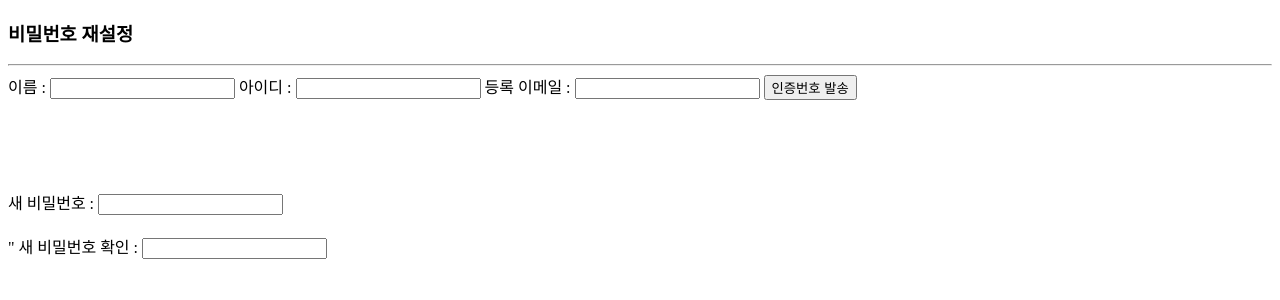
Repository: ssookkii/BusyBee
Page: http://localhost/BusyBee/WEB-INF/views/noTiles/newPassword.jsp
The author's editor kept a copy of each file at every save. The page is drawn from the files as they stood at one save, then again after the next save.
The browser window is 1280 px wide. The pictures show the whole page.
The page is served by Tomcat 9. Nobody is signed in. Other server files are loaded and not shown. The template is opened directly, without the code that normally fills it, so the values that code supplies are empty.

Above is the page before, as saved 2023-03-18 07:41:46.

### BusyBee/src/main/webapp/WEB-INF/views/noTiles/newPassword.jsp
<%@ page language="java" contentType="text/html; charset=UTF-8"
    pageEncoding="UTF-8"%>
<!DOCTYPE html>
<html>
<head>
<meta charset="UTF-8">
<title>Insert title here</title>
<!-- AJAX -->
<script src="https://ajax.googleapis.com/ajax/libs/jquery/3.6.3/jquery.min.js"></script>
</head>
<body>
<h3>비밀번호 재설정</h3>
<hr>
이름 : <input type="text" id="name">
아이디 : <input type="text" id="id">
등록 이메일 : <input type="text" id="email">
<button type="button" onclick="isExist()">인증번호 발송</button>
<br><br><br>

<br><br><br>
새 비밀번호 : <input type='text' id='pwd1'>
<h3 id='pwdCheck1'></h3>"
새 비밀번호 확인 : <input type='text' id='pwd2'>
<h3 id='pwdCheck2'></h3>

<table>
	<tbody id="tBody">
	</tbody>
</table>

<script type="text/javascript">

function isExist(){

	// 이메일 정규식
	var emailValid = /^[0-9a-zA-Z]([-_.]?[0-9a-zA-Z])*@[0-9a-zA-Z]([-_.]?[0-9a-zA-Z])*.[a-zA-Z]{2,3}$/i;
	var userEmail = $("#email").val();
	if(!emailValid.test(userEmail)) {
		alert('유효한 이메일을 입력해주세요.');
		$("#email").val('');
		return;
	}

	$.ajax({
		url : "findforPwd.do",
		type : "post",
		data : {"id" : $("#id").val(), "name" : $("#name").val(), "email" : $("#email").val()},
		success : function(msg) {
			if(msg=="findforPwd_SUCCESS") {
				$("#id").attr('disabled', true);
				$("#name").attr('disabled', true);
				$("#email").attr('disabled', true);
				doCert();
			} else {
				alert('정보를 다시 확인해주세요');
			}
		},
		error : function(msg) {
			alert('error');
		}
	});
}

function doCert() {

	var userEmail = $("#email").val();

	$.ajax({
		url : "select3.do",
		async:false,
		type : 'get',
		data : {"cert_email" : userEmail},
		success : function(msg) {
			if(msg=="cert3_FAIL"){
				alert('일일 최대 인증횟수 3회를 초과했습니다. 다음에 다시 시도해주세요.');
				location.href='loginMain.do';
				return;
			}
		},
		error : function(){
			alert('error');
		}
	})

	var tableTd = "";
	$.ajax({
			url : "mailCheck.do",
			type : 'get',
			data : {"email" : userEmail, "purpose" : "find"},
			success : function(data) {
				$("#certNum").attr('disabled',false);
				alert('인증번호가 전송되었습니다. 인증은 일일 3회까지 가능합니다.');
				authkey = data;

				tableTd +="<tr><td>"
						+"<input type='text' id='certNum' >인증번호</input>"
						+"<button type='button' onclick='checkCert()' >확인</button>"
						+ "</td></tr>";
				$("#tBody").append(tableTd);
			},
			error : function(){
				alert('error');
			}
		});
}

function checkCert(){

	var userEmail = $("#email").val();
	var tableTd2 = "";
	$.ajax({
		type : 'get',
		url : "selectCert.do",
		data : {"cert_email" : userEmail, "authkey" : $("#certNum").val()},
		success : function(msg) {
			if(msg!=null && msg!=""){
				if(msg=="cert_SUCCESS") {
					alert("인증되었습니다. 이어서 비밀번호를 재설정해주세요.");
					$("#certNum").attr('disabled', true);

					tableTd2 = "<tr><td>"
							+
					$("#tBody").append(tableTd2);
				} else {
					$("certNum").val('');
					alert("잘못된 인증번호입니다. 다시 확인해주세요");
				}
			}
		},
		error : function() {
			alert('error');
		}
	});
}

$(document).ready(function(){
$("#pwd1").keyup(function(e){

	let key = e.key || e.keyCode;

	if($("#pwd1").val()=="") {
		$("#pwdCheck1").text('');
		$("#pwdCheck2").text('');
		pwd1_OK=false;
		pwd2_OK=false;
		return;
	}

	if(key==" " || key==32) {
		alert('비밀번호에는 공백이 들어갈 수 없습니다.');
		$("#pwd1").val('');
		$("#pwdCheck1").text('');
		pwd1_OK=false;
		return;
	}

	if($("#pwd1").val()==$("#pwd2").val()) {
		$("#pwdCheck2").text('동일합니다.');
		pwd2_OK=true;
	} else{
		$("#pwdCheck2").text('');
		pwd2_OK=false;
	}

	// PWD 유효성 검사
	var pwd1 = $("#pwd1").val();
	var numValid = pwd1.search(/[0-9]/g);
	var engValid = pwd1.search(/[a-z]/ig);
	var speValid = pwd1.search(/[`~!@@#$%^&*|₩₩₩'₩";:₩/?]/gi);

	if (pwd1.length<8 || pwd1.length>20) {
		$("#pwdCheck1").text('비밀번호는 6~20자로 설정해주세요.');
		pwd1_OK=false;
	} else if(numValid < 0 || engValid < 0 || speValid < 0 ){
		$("#pwdCheck1").text('비밀번호에는 숫자, 영문, 특수문자가 모두 포함되어있어야 합니다.');
		pwd1_OK=false;
	} else {
		$("#pwdCheck1").text('사용가능한 비밀번호입니다.');
		pwd1_OK=true;
	}

});

// PWD(2/2)

$("#pwd2").keyup(function(){

	if($("#pwd2").val()=="") {
		$("#pwdCheck2").text('');
		pwd2_OK=false;
		return;
	}

	if($("#pwd1").val()!=$("#pwd2").val()) {
		$("#pwdCheck2").text('동일한 비밀번호를 입력해주세요.');
		pwd2_OK=false;
	} else {
		$("#pwdCheck2").text('동일합니다.');
		pwd2_OK=true;
	}

});
});
</script>


</body>
</html>

After the next save:
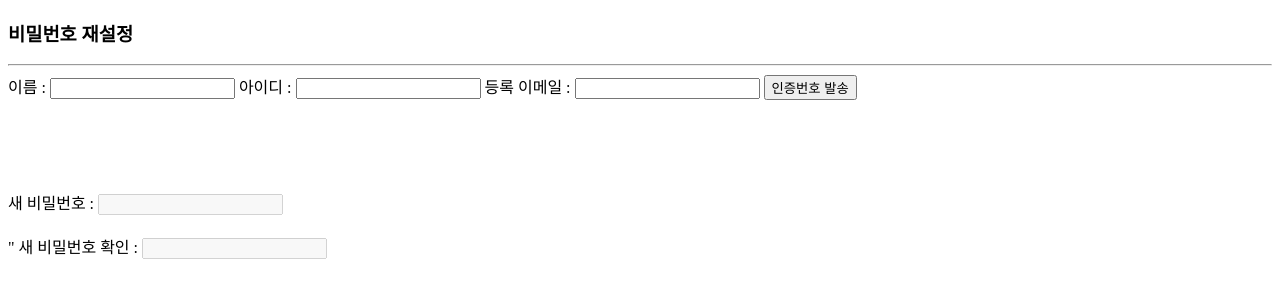
Saved 28 s later.
--- a/BusyBee/src/main/webapp/WEB-INF/views/noTiles/newPassword.jsp
+++ b/BusyBee/src/main/webapp/WEB-INF/views/noTiles/newPassword.jsp
@@ -18,9 +18,9 @@
 <br><br><br>
 
 <br><br><br>
-새 비밀번호 : <input type='text' id='pwd1'>
+새 비밀번호 : <input type='text' id='pwd1' disabled="disabled">
 <h3 id='pwdCheck1'></h3>"
-새 비밀번호 확인 : <input type='text' id='pwd2'>
+새 비밀번호 확인 : <input type='text' id='pwd2' disabled="disabled">
 <h3 id='pwdCheck2'></h3>
 
 <table>
@@ -118,8 +118,6 @@ function checkCert(){
 					alert("인증되었습니다. 이어서 비밀번호를 재설정해주세요.");
 					$("#certNum").attr('disabled', true);
 
-					tableTd2 = "<tr><td>"
-							+
 					$("#tBody").append(tableTd2);
 				} else {
 					$("certNum").val('');
